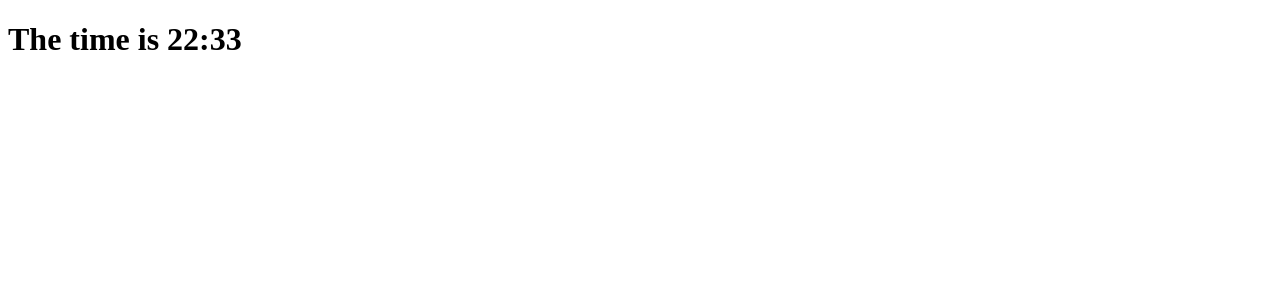
Repository: ThejashreeMS/JDBC
Page: MyLastCapApp/WebContent/index.html
An editor plug-in stored every save of this project. The page is shown before and after the next save, followed by the edit.
The browser window is 1280 px wide. The pictures show the whole page.

Above is the page before, as saved 2018-03-11 06:22:49.

After the next save:
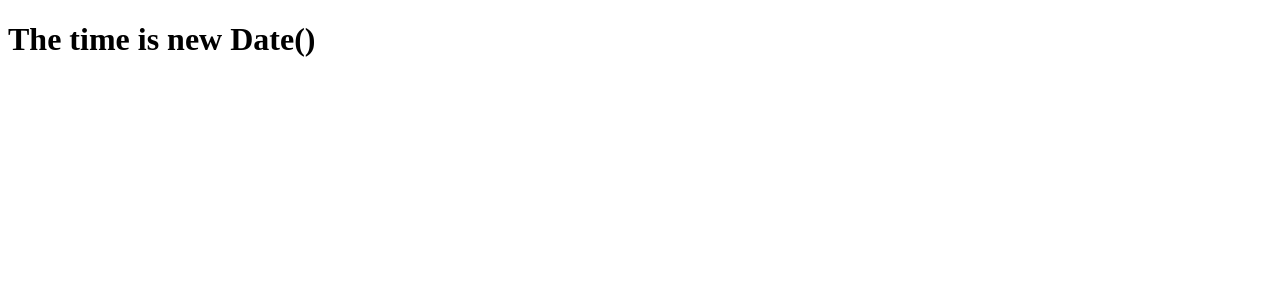
Saved 2 days later.
--- a/MyLastCapApp/WebContent/index.html
+++ b/MyLastCapApp/WebContent/index.html
@@ -5,6 +5,6 @@
 <title>Insert title here</title>
 </head>
 <body>
-<h1>The time is <time>22:33</time></h1>
+<h1>The time is <time>new Date()</time></h1>
 </body>
 </html>
